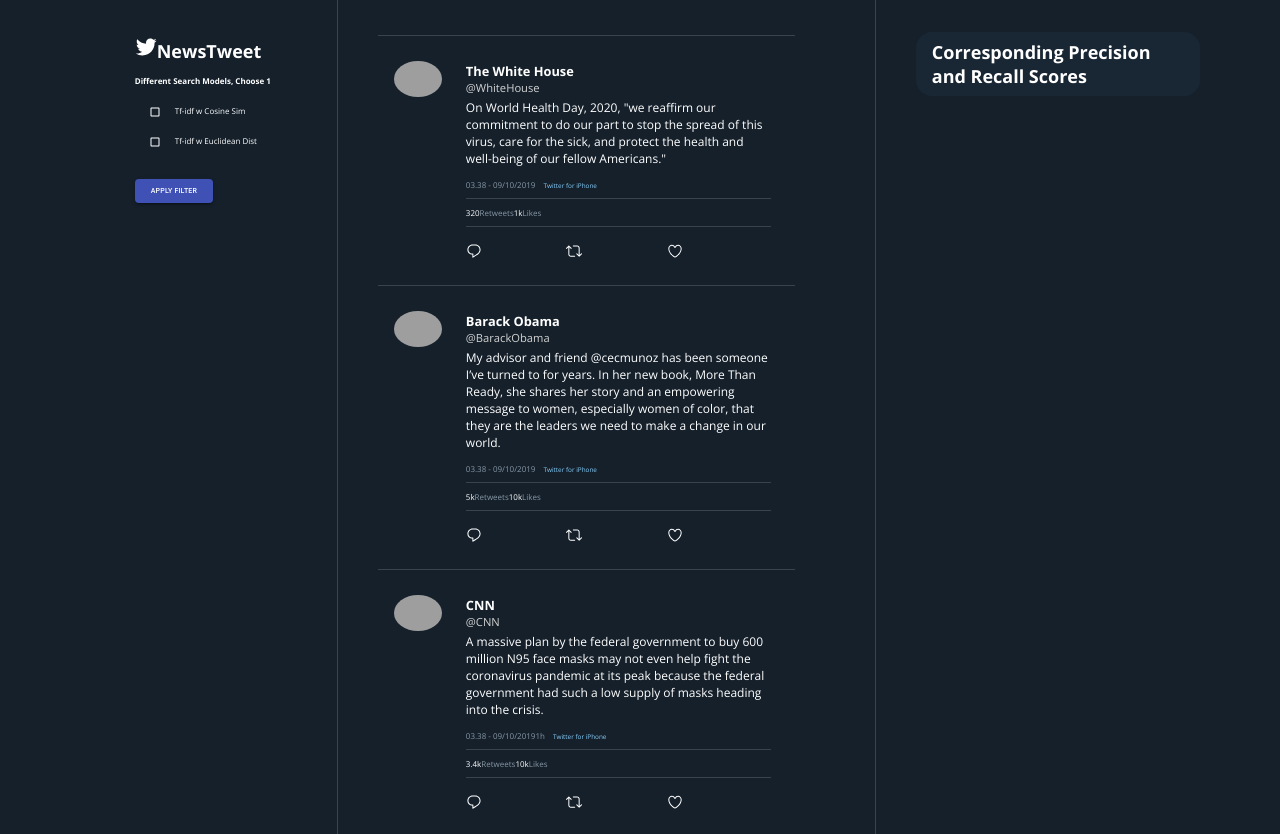
Repository: Dustyik/TwitterAIproj
Page: / (app in FrontEnd/)
An editor plug-in stored every save of this project. The page is shown before and after the next save, followed by the edit.
The browser window is 1280 px wide. The pictures show the whole page.
Pictures or frames that could not be fetched are drawn as grey boxes. The page's requests for data from a server got no answer. The project was rebuilt for these pictures with package versions that can differ from the ones it lists, and the page was loaded fresh each time. No one was signed in, and anything a server would have sent is missing. Also part of the build but not shown: FrontEnd/src/components/trending/Trend.js, FrontEnd/src/components/trending/TrendsList.js, FrontEnd/src/components/trending/FollowSuggestionCard.js, FrontEnd/src/styles/FollowList.css, FrontEnd/src/components/trending/FollowSuggestionsList.js, FrontEnd/src/components/StatusCard.js, FrontEnd/src/pages/Status.js, FrontEnd/src/components/profile/ProfileHead.js and 3 more.

Above is the page before, as saved 2021-08-03 00:44:35.

### FrontEnd/public/index.html
<!DOCTYPE html>
<html lang="en">

<head>
  <meta charset="utf-8" />
  <link rel="icon" href="%PUBLIC_URL%/favicon.ico" />
  <meta name="viewport" content="width=device-width, initial-scale=1" />
  <meta name="theme-color" content="#000000" />
  <meta name="description" content="Web site created using create-react-app" />
  <link rel="apple-touch-icon" href="%PUBLIC_URL%/logo192.png" />
  <link href="https://fonts.googleapis.com/css2?family=Open+Sans:wght@400;700&display=swap" rel="stylesheet">
  <!--
      manifest.json provides metadata used when your web app is installed on a
      user's mobile device or desktop. See https://developers.google.com/web/fundamentals/web-app-manifest/
    -->
  <link rel="manifest" href="%PUBLIC_URL%/manifest.json" />
  <!--
      Notice the use of %PUBLIC_URL% in the tags above.
      It will be replaced with the URL of the `public` folder during the build.
      Only files inside the `public` folder can be referenced from the HTML.

      Unlike "/favicon.ico" or "favicon.ico", "%PUBLIC_URL%/favicon.ico" will
      work correctly both with client-side routing and a non-root public URL.
      Learn how to configure a non-root public URL by running `npm run build`.
    -->
  <title>React App</title>
</head>

<body>
  <noscript>You need to enable JavaScript to run this app.</noscript>
  <div id="root"></div>
  <!--
      This HTML file is a template.
      If you open it directly in the browser, you will see an empty page.

      You can add webfonts, meta tags, or analytics to this file.
      The build step will place the bundled scripts into the <body> tag.

      To begin the development, run `npm start` or `yarn start`.
      To create a production bundle, use `npm run build` or `yarn build`.
    -->
</body>

</html>

### FrontEnd/src/App.js
import React from 'react';
import { BrowserRouter as Router, Route } from 'react-router-dom';
import './App.css';
import { Sidebar } from './components/Sidebar';
import { Home } from './pages/Home';
import { Trending } from './components/trending/Trending';
import { GlobalProvider } from './context/GlobalState';
import { Status } from './pages/Status';
import ScrollToTop from './utils/ScrollToTop';
import { Profile } from './pages/Profile';

function App() {
  return (
    <GlobalProvider >
      <Router >

        <ScrollToTop>
          <div className="App">
            <div className="side-nav">
              <Sidebar />
            </div>
            <div className="main trending">

              <Route exact path="/" component={Home} />
              { /*
              <Route exact path="/:id" component={Profile} />
              <Route exact path="/status/:id" component={Status} />
              */}


            </div>

            <div className="trending">
              <Trending />
            </div>
          </div>
        </ScrollToTop>

      </Router>
    </GlobalProvider>
  );
}

export default App;

### FrontEnd/src/App.css
:root {
    --body-bg        : rgb(21, 32, 43);
    --sky-blue       : rgba(29, 161, 242, 1.00);
    --light          : rgba(255, 255, 2555);
    --grey           : rgb(136, 153, 166);
    --border         : rgb(56, 68, 77);
    --thick-border   : rgb(37, 51, 65);
    --thick-border   : rgb(37, 51, 65);
    --card-background: rgb(25, 39, 52);
}

body {
    background-color: var(--body-bg);
    font-family     : 'Open Sans', sans-serif;
    padding         : 0;
    margin          : 0;
    color           : var(--light);
}

html {
    font-size: 8px;
}

::-webkit-input-placeholder {
    /* Chrome/Opera/Safari */
    font-size  : 2.5rem;
    color      : #9197a3;
    font-weight: 400;
}

::-moz-placeholder {
    /* Firefox 19+ */
    font-size  : 2.5rem;
    color      : #9197a3;
    font-weight: 400;
}

:-ms-input-placeholder {
    /* IE 10+ */
    font-size  : 2.5rem;
    color      : #9197a3;
    font-weight: 400;
}

:-moz-placeholder {
    /* Firefox 18- */
    font-size  : 2.5rem;
    color      : #9197a3;
    font-weight: 400;
}

.App {
    display              : grid;
    grid-template-columns: 2.5fr 4fr 3fr;
}

.side-nav {
    padding-left: 40%;
    padding-top : 3rem;
}

.side-nav svg {
    fill : var(--light);
    width: 2.75rem;
}

.side-nav svg:hover {
    fill: var(--sky-blue);
}

.side-nav-item {
    padding: 2rem 0;

}

.side-nav .side-nav-item .side-nav-text {
    font-size     : 2.25rem;
    font-weight   : 700;
    color         : var(--light);
    padding-left  : 3rem;
    vertical-align: bottom;
}

.avatar {
    display: inline;
}

.avatar img {
    border-radius: 50%;
}


/* helper classes */
.p-0 {
    padding: 0
}


.pl-0 {
    padding-left: 0
}

.p-1 {
    padding: 1rem;
}

.p-2 {
    padding: 2rem
}

.pr-0 {
    padding-right: 0
}

.pb-1 {
    padding-bottom: 1rem;
}

.m-0 {
    margin: 0
}

.mb-0 {
    margin-bottom: 0;
}

.text-center {
    text-align: center;
}

.w-100 {
    width: 100%;
}

.pl-1 {
    padding-left: 1rem;
}

.pr-1 {
    padding-right: 1rem;
}

ul {
    list-style: none;
}

.flex-align-center {
    display    : flex;
    align-items: center;
}

.flex-space-between {
    display        : flex;
    justify-content: space-between;
}

.inline-block {
    display: inline-block;

}


.btn {
    color      : var(--light);
    font-weight: 700;
    cursor     : pointer;
    border     : none;
    background : transparent;
}

.tweet-btn {
    border-radius   : 4rem;
    font-size       : 2rem;
    padding         : 1.5rem;
    background-color: var(--sky-blue);
    width           : 80%;
}

.follow-btn {
    border-radius: 3rem;
    font-size    : 2rem;
    padding      : 0.5rem;
    font-weight  : 700;
    color        : var(--sky-blue);
    border       : 1px solid var(--sky-blue);
}

.pointer {
    cursor: pointer;
}

.bold-dull-para {
    font-size: 1.75rem;
    color    : var(--grey);
}

a {
    text-decoration: none;
    color          : inherit;
}

h1 {
    font-size  : 2.25rem;
    font-weight: 700;
    color      : var(--light);
}

h2 {
    font-size  : 2rem;
    font-weight: 700;
    color      : var(--light);
}

input:focus {
    outline: none;
}

### FrontEnd/src/components/Sidebar.js
import React, {useState, useContext} from 'react';
import { Logo, HomeIcon, ExploreIcon, NotificationIcon, MessageIcon, BookmarkIcon, ListsIcon, MoreIcon } from '../images/svg/svgs';
import { SmallAvatar } from '../images/avatars';
import { Checkbox } from '@material-ui/core';
import { Button } from '@material-ui/core';
import * as API from "../apifunctions"
import { GlobalContext } from '../context/GlobalState'
import { uniqueNamesGenerator, Config, adjectives, colors, animals } from 'unique-names-generator';


const SEARCH_MODELS = ["Tf-idf w Cosine Sim", "Tf-idf w Euclidean Dist"]

export const Sidebar = () => {
    const profImageurl = 'https://pbs.twimg.com/profile_images/1247964769669136385/KVCROk2D_bigger.jpg';
    const [searchModelsLocalState, setSearchModelsLocalState] = useState([])

    const {setSearchModels, searchModels, title, removeAllTweets, addTweet} = useContext(GlobalContext);

    const checkBoxToggled = (event) => {
        const id = event.id
        const checkValue = event.checked

        if (checkValue){
            setSearchModels(id)
            setSearchModelsLocalState(id)
        }
    }

    const applyFilter = () => {
        API.applySearchFilters(searchModels, title.title, title.id).then(
            res => {
                const data = JSON.parse(res.data);
                removeAllTweets()
                console.log(data)


                const relevanceData = data.relevance
                const tweetData = data.text
                const tweetIdData = data.id
                const relatedArticlesData = data.related_article
                for (let i = 0; i < Object.keys(relevanceData).length; i++){
                    let pxSize = 140 + i*3
                    const newTweet = {
                        name: uniqueNamesGenerator({dictionaries: [adjectives, colors, animals]}),
                        tweet: tweetData[i],
                        relevance: relevanceData[i],
                        image: `https://placeimg.com/${pxSize}/${pxSize}/any`
                    }
                    addTweet(newTweet)
                }
            }
        )
    }

    const createCheckBoxes = () =>
        SEARCH_MODELS.map((e) => {

            return (
                <div>
                <Checkbox
                size = "medium"
                id = {e}
                onChange = {(e) => checkBoxToggled(e.target)}
                checked = {searchModelsLocalState == e}
                >
                </Checkbox>
                {e}

                </div>
            )
        }
    )


    const checkBoxes = createCheckBoxes()

    return (
        <div>
            <div className="side-nav-header">

                <h1>
                <Logo />
                    NewsTweet
                </h1>
            </div>
            <h4>
                Different Search Models,
                Choose 1
            </h4>



            {checkBoxes}

            <div>
                &nbsp;
            </div>
            <div>
                &nbsp;
            </div>

            <Button
                onClick = {applyFilter}
                variant="contained" color="primary">
                Apply Filter
            </Button>



        </div>
    )
}

### FrontEnd/src/components/trending/Trending.js
import React from 'react';
import '../../styles/Trending.css';
import { SearchIcon } from '../../images/svg/svgs'
import { TrendsList } from './TrendsList';
import { FollowSuggestionsList } from './FollowSuggestionsList';


export const Trending = () => {
    return (
        <>
            <div>

                <div className="trends-list m-0">
                    {/*
                    <TrendsList />
                    */}
                    <h1>
                    Corresponding Precision and Recall Scores
                    </h1>
                </div>
                {/*
                <div className="follow-list">
                    <FollowSuggestionsList />
                </div>
                */}
            </div>
        </>
    )
}

### FrontEnd/src/utils/ScrollToTop.js
import React, { useEffect, Fragment } from 'react';
import { withRouter } from 'react-router-dom';

function ScrollToTop({ history, children }) {
    useEffect(() => {
        const unlisten = history.listen(() => {
            window.scrollTo(0, 0);
        });
        return () => {
            unlisten();
        }
    }, []);

    return <Fragment>{children}</Fragment>;
}

export default withRouter(ScrollToTop);

### FrontEnd/src/images/avatars.js
import React from 'react'

export const SmallAvatar = ({ width, image }) => {
    return (
        <div className="avatar">
            <img width={width} src={image} alt="avatar" />
        </div>
    )
}

### FrontEnd/src/apifunctions.js
import axios from 'axios';

export const getTweets = () => {
    return axios.get("http://localhost:5000/getTweets")
}

export const applySearchFilters = (data, title, id) => {
    return axios.post("http://localhost:5000/applySearchModels", {
            data: data,
            queryTitle: title,
            articleId: id

        }
    )
}

### FrontEnd/src/styles/Main.css
/* main styles */
.main {
    border-left : 1px solid var(--border);
    border-right: 1px solid var(--border);
    ;
}

.home {
    padding-left : 2.5rem;
    border-bottom: 1px solid var(--border);
}

.new-tweet {
    padding              : 1rem;
    display              : grid;
    grid-template-columns: 1fr 9fr;
    border-bottom        : 1rem solid var(--thick-border);
}

.new-tweet .left,
.right {
    padding: 0 1rem;
}

.new-tweet input {
    padding    : 2rem 0;
    background : transparent;
    border     : none;
    color      : var(--light);
    font-size  : 2rem;
    font-weight: 700;
}

.new-tweet-options {
    padding-right  : 1rem;
    display        : flex;
    justify-content: space-between;
    align-items    : center;
}

.new-tweet .add-icons {
    margin-right: 1rem;
}

.new-tweet .add-icons svg {
    width  : 3rem;
    fill   : var(--sky-blue);
    padding: 1rem;
}

.new-tweet .add-icons svg:first-child {
    padding-left: 0;
}

### FrontEnd/src/components/TweetList.js
import React, { useContext } from 'react'
import TweetCard from './TweetCard'
import { GlobalContext } from '../context/GlobalState'

export const TweetList = () => {
    const { tweets } = useContext(GlobalContext);

    return (
        <>
            {tweets.map((tweet, index) => (<TweetCard key={index} tweet={tweet} />))}
        </>
    )
}

### FrontEnd/src/styles/Trending.css
.trending {
    padding: 1rem 10rem 1rem 5rem;
}

.trending .search-box {
    width     : 100%;
    background: transparent;

    background-color: var(--thick-border);
    border-radius   : 5rem;
    border          : none;
}

.trending .search-box svg {
    width       : 3rem;
    fill        : var(--grey);
    padding-left: 1rem;

}

.trending .search-box input {
    padding   : 1.5rem;
    font-size : 2rem;
    width     : 100%;
    background: transparent;
    border    : none;
    color     : var(--light);
}

.trends-list {
    background-color: var(--card-background);
    border-radius   : 2rem;
    margin-top      : 3rem;
}

.trends-list h1 {
    padding: 1rem 2rem;

}

.trends-for-you {
    padding-right: 1rem;
}

.trends-for-you svg {
    width: 3.5rem;
    fill : var(--sky-blue);
}

.trends-card {
    border-top   : 1px solid var(--border);
    border-bottom: 1px solid var(--border);
    padding      : 2rem;
}

.trends :last-child {
    border-bottom: none;
}

.trends-topic {
    font-size: 1.5rem;
    color    : var(--grey);
}

.trend-tweet-count {
    font-size: 1.75rem;
    color    : var(--grey);
}



.trending ::-webkit-input-placeholder {
    /* Chrome/Opera/Safari */
    font-size  : 2rem;
    color      : #9197a3;
    font-weight: 400;
}

.trending ::-moz-placeholder {
    /* Firefox 19+ */
    font-size  : 2rem;
    color      : #9197a3;
    font-weight: 400;
}

.trending :-ms-input-placeholder {
    /* IE 10+ */
    font-size  : 2rem;
    color      : #9197a3;
    font-weight: 400;
}

.trending :-moz-placeholder {
    /* Firefox 18- */
    font-size  : 2rem;
    color      : #9197a3;
    font-weight: 400;
}

### FrontEnd/src/context/AppReducer.js
const MAX = 30
const MIN = 0

export default (state, action) => {
    switch (action.type) {
        case 'DELETE_TRANSACTION':
            return {
                ...state,
                transactions: state.transactions.filter(transaction => transaction.id !== action.payload)
            }
        case 'ADD_TWEET':
            const newTweet = {
                user: {
                    name: action.payload.name,
                    image: action.payload.image,
                    handle: `@${action.payload.name}`,
                },
                tweet: {
                    content: action.payload.tweet,
                    image: null,
                    comments: Math.floor(Math.random()*(MAX-MIN)+MIN),
                    retweets: Math.floor(Math.random()*(MAX-MIN)+MIN),
                    likes: Math.floor(Math.random()*(MAX-MIN)+MIN),
                    relevance: action.payload.relevance
                }
            };
            return {
                ...state,
                tweets: [...state.tweets, newTweet]
            }

        case "SET_TWEETS":
            return {
            ...state,
            tweets: action.payload
        }

        case "SET_SEARCH_MODEL":
            return {
            ...state,
            searchModels: action.payload
        }

        case "REMOVE_ALL_TWEETS":
            return {
            ...state,
            tweets: []
        }


        default:
            return state
    }
}

### FrontEnd/src/components/TweetCard.js
import React, { Component } from 'react';
import '../styles/TweetCard.css';
import { SmallAvatar } from '../images/avatars'
import { TweetCommentIcon, TweetRetweetIcon, TweetLikeIcon, TweetSendIcon } from '../images/svg/svgs';
import { Link } from 'react-router-dom';

export default class TweetCard extends Component {
    tweet = this.props.tweet;
    profImageurl = 'https://pbs.twimg.com/profile_images/1247964769669136385/KVCROk2D_bigger.jpg';

    handleRouting = (e) => {
        // e.preventDefault();
        // debugger
        // this.props.history.push('data')
    }
    render() {
        return (
            <div className="tweet-card">
                <div className="left">
                    <SmallAvatar width="48" image={this.tweet.user.image} />
                </div>
                <div className="right">
                    <div className="tweet-card-head">
                        <span className="tweet-card-name" >{this.tweet.user.name}</span>
                    </div>
                    <span className="tweet-card-handle">{this.tweet.user.handle}</span>

                    <div className="tweet-card-body">

                    <div className="tweet-card-content">
                        <p className="m-0">{this.tweet.tweet.content}</p>
                    </div>

                    <span className="tweet-card-time">
                        03.38 - 09/10/2019{this.tweet.tweet.time}
                        <span className="tweet-card-shotoniphone">
                            Twitter for iPhone
                        </span>
                    </span>

                    <div className="tweet-middle-border"/>
                    <span className="tweet-retweets-likes-number">
                        {this.tweet.tweet.retweets}
                    </span>
                    <span className="tweet-retweets-likes">
                        Retweets
                    </span>
                    <span className="tweet-retweets-likes-number">
                        {this.tweet.tweet.likes}
                    </span>


                    <span className="tweet-retweets-likes">
                         Likes
                    </span>

                    <div className="tweet-middle-border"/>





                    <div className="tweet-card-footer">
                        <span className="flex-align-center"><TweetCommentIcon /> <span className="tweet-cars-icon"></span></span>
                        <span className="flex-align-center"><TweetRetweetIcon /><span className="tweet-cars-icon"></span></span>
                        <span className="flex-align-center"><TweetLikeIcon /><span className="tweet-cars-icon"></span></span>
                        { /*<span className="flex-align-center"><TweetSendIcon /></span> */}
                        </div>
                    </div>
                </div>
            </div>
        )
    }
}

### FrontEnd/src/styles/StatusCard.css
.tweets {}

.status-card {
    /* padding              : 1rem;
    display                 : grid;
    grid-template-columns   : 1fr 9fr; */
    border-bottom           : 0.5px solid var(--border);
    border-top              : 0.5px solid var(--border);

}

.status-card .left,
.right {
    padding: 2rem;
}

.status-card .left {
    display    : flex;
    align-items: center;

}

.status-card .right {
    padding-top: 0;
}

.status-card .status-card-name {
    font-size    : 2rem;
    font-weight  : 700;
    padding-right: 1rem;
}

.status-card .status-card-handle,
.status-card-time {
    font-size: 1.5rem;
    color    : var(--grey);
}

.status-card .status-card-body .status-card-content p {
    font-size : 2.5rem;
    margin-top: .5rem;
}

.status-card .status-card-body .status-card-image {
    margin-top: 2rem;
}

.status-card .status-card-body .status-card-image img {
    width        : 100%;
    border-radius: 20px;
}

.status-card .status-card-footer {
    padding-right: 10rem;
    display      : flex;

    justify-content: space-around;
    padding-top    : 1rem;
    width          : 100%;
}

.status-card .status-card-footer svg {
    fill : var(--grey);
    width: 2.5rem;
}

.status-card .status-card-footer .tweet-cars-icon {
    line-height : 2;
    font-size   : 1.5rem;
    color       : var(--grey);
    padding-left: 1rem;
}

.status {
    display    : flex;
    align-items: center;
    padding    : 0 2rem;
    display    : flex;
    align-items: center;
}

.status h1 {
    display     : inline-block;
    padding-left: 1rem;
}

.status svg {
    width: 4rem;
    fill : var(--sky-blue);
}

### FrontEnd/src/styles/TweetCard.css


.tweet-card {
    padding              : 1rem;
    display              : grid;
    grid-template-columns: 1fr 9fr;
    border-top           : 0.5px solid var(--border);

}
.tweet-middle-border {
    margin-top              : 1rem;
    margin-bottom             : 1rem;
    border-top           : 0.1rem solid var(--border);
}

.left{
    padding: 0 1rem;
    margin-top: 25px;
}

.tweet-card-shotoniphone{
    margin-left: 1rem;
    font-size: 0.8rem;
    color    : lightskyblue;
}

.tweet-card-time{
    display:inline-block;
    padding-top: 1.5rem;
    font-size: 1rem;
    color    : var(--grey);
}

.tweet-retweets-likes {
    display:inline-block;
    font-size: 1rem;
    color    : var(--grey);
}

.tweet-retweets-likes-number {
    display:inline-block;
    font-size: rem;
    color    : var(white);
}

.tweet-card, .right {
    padding: 0 1rem;
    margin-top: 10px;
}

.tweet-card .tweet-card-head .tweet-card-name {
    font-size    : 1.6rem;
    padding-right: 1rem;
    font-weight: bold;
}

.tweet-card .tweet-card-head .tweet-card-name:hover {
    text-decoration: underline;
}

.tweet-card-handle {
    font-size    : 1.4rem;
    padding-right: 1rem;
    font-weight: lighter;
    color: lightgray;
}

.tweet-card .tweet-card-body .tweet-card-content p {
    font-size : 1.5rem;
    margin-top: .5rem;
}

.tweet-card .tweet-card-body .tweet-card-image {
    margin-top: 2rem;
}

.tweet-card .tweet-card-body .tweet-card-image img {
    width        : 100%;
    border-radius: 20px;
}

.tweet-card .tweet-card-footer {
    padding-right  : 10rem;
    display        : flex;
    justify-content: space-between;
    padding-top    : 1rem;
}

.tweet-card .tweet-card-footer svg {
    fill : white;
    width: 2rem;
}

.tweet-card .tweet-card-footer .tweet-cars-icon {
    line-height : 2;
    font-size   : 1.5REM;
    color       : var(--grey);
    padding-left: 1rem;
}

Loaded but not shown: FrontEnd/src/index.js (common file); FrontEnd/src/images/svg/svgs.js (66 lines, source omitted); FrontEnd/src/context/GlobalState.js (113 lines, source omitted); FrontEnd/src/pages/Home.js (92 lines, source omitted)

After the next save:
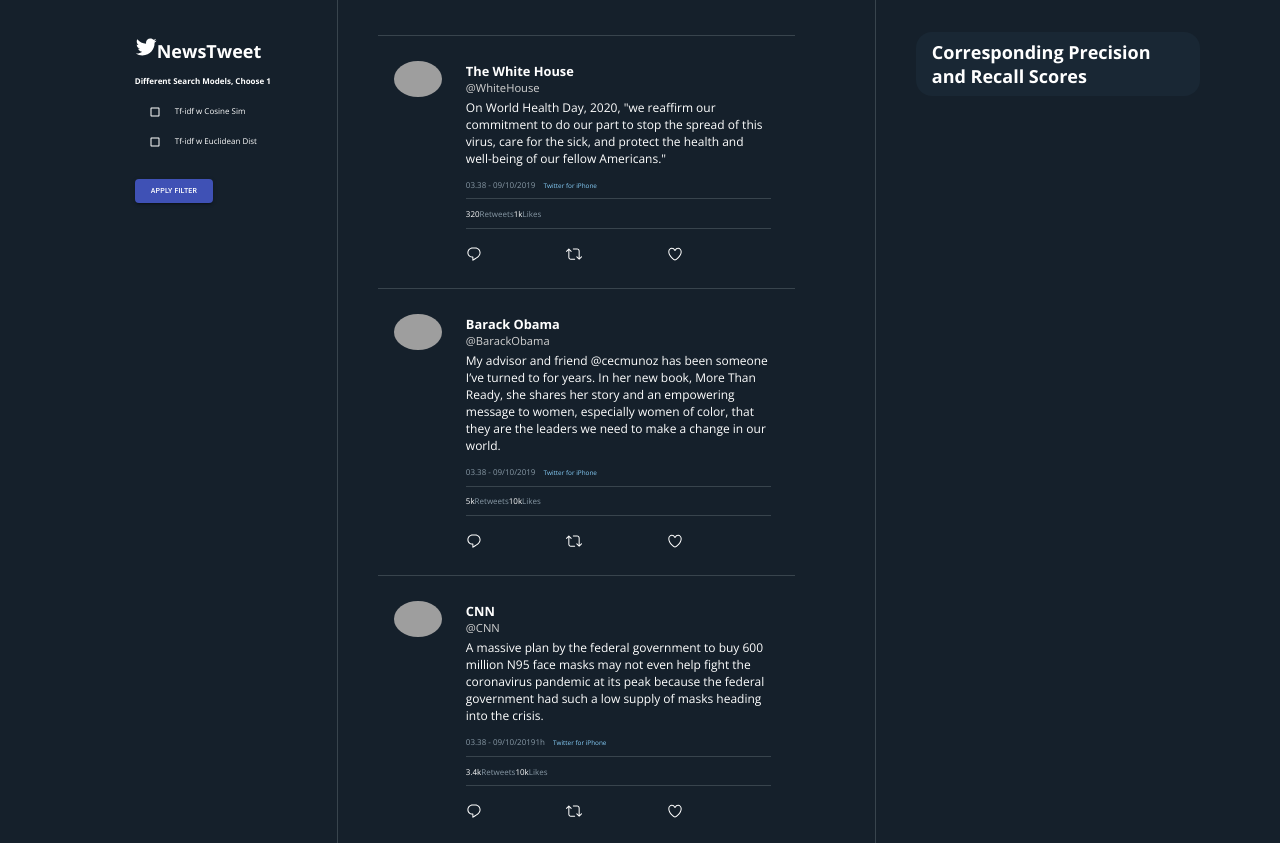
Saved 17 s later.
--- a/FrontEnd/src/styles/TweetCard.css
+++ b/FrontEnd/src/styles/TweetCard.css
@@ -8,8 +8,8 @@
 
 }
 .tweet-middle-border {
-    margin-top              : 1rem;
-    margin-bottom             : 1rem;
+    margin-top              : 1.1rem;
+    margin-bottom             : 1.1rem;
     border-top           : 0.1rem solid var(--border);
 }
 
